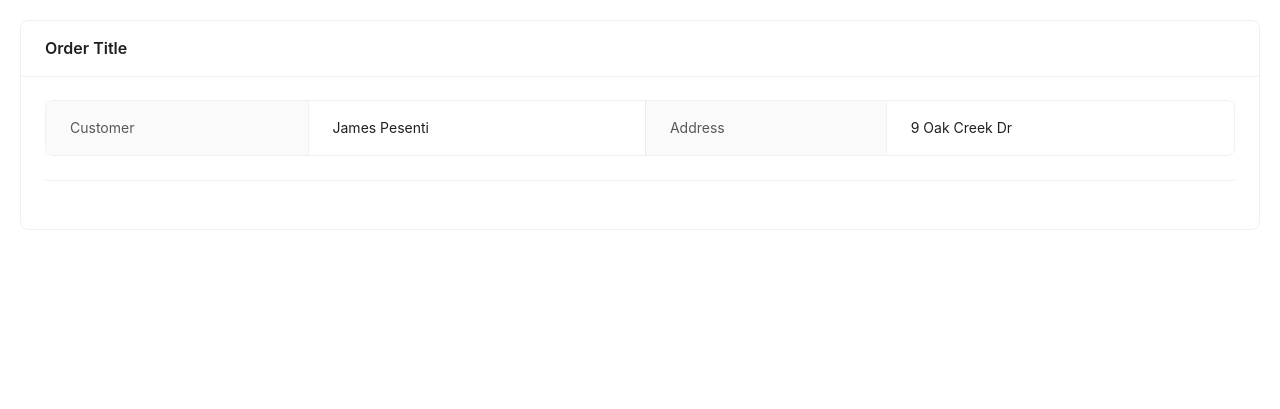
Repository: JamesPesenti/UberEatsDashboard
Page: /
An editor plug-in stored every save of this project. The page is shown before and after the next save, followed by the edit.
The browser window is 1280 px wide. The pictures show the whole page.
The project was rebuilt for these pictures with package versions that can differ from the ones it lists, and the page was loaded fresh each time.

Above is the page before, as saved 2023-02-24 15:43:02.

### src/index.js
import React from 'react';
import ReactDOM from 'react-dom/client';
import './index.css';
import App from './App';
// import "antd/dist/antd.css"


const root = ReactDOM.createRoot(document.getElementById('root'));
root.render(
  <React.StrictMode>
    <App />
  </React.StrictMode>
);

### src/App.js
import { Card, Descriptions, Divider, List, Button } from "antd"
import dishes from "../src/data/dishes.json"


function App() {
  return (
    <>
      <Card title={'Order Title'} style={{ margin: 20, marginVertical: 50}}>
        <Descriptions bordered column={{lg: 1, md: 1, sm: 1}}>
          <Descriptions.Item label="Customer">James Pesenti</Descriptions.Item>
          <Descriptions.Item label="Address">9 Oak Creek Dr</Descriptions.Item>
        </Descriptions>
        <Divider />
        <List
          dataSource={dishes}
          renderItem={(dishItem) => {
            <List.Item>
              <div>{dishItem.name}</div>
            </List.Item>
          }}
        />
      </Card>
    </>
  );
}

export default App;

Loaded but not shown: public/index.html (common file); src/index.css (common file); src/data/dishes.json (common file)

After the next save:
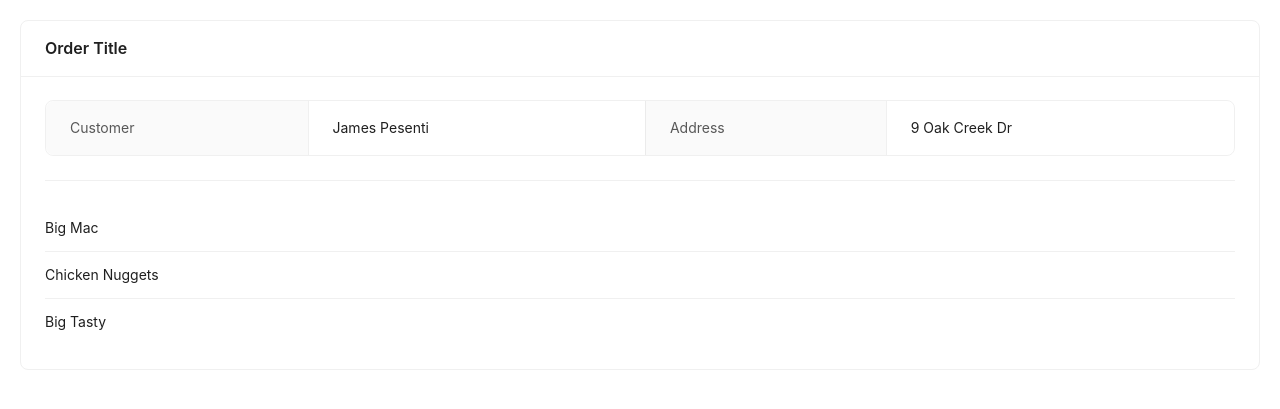
Saved 2 min 6 s later.
--- a/src/App.js
+++ b/src/App.js
@@ -13,11 +13,11 @@ function App() {
         <Divider />
         <List
           dataSource={dishes}
-          renderItem={(dishItem) => {
+          renderItem={(dishItem) => (
             <List.Item>
               <div>{dishItem.name}</div>
             </List.Item>
-          }}
+          )}
         />
       </Card>
     </>
